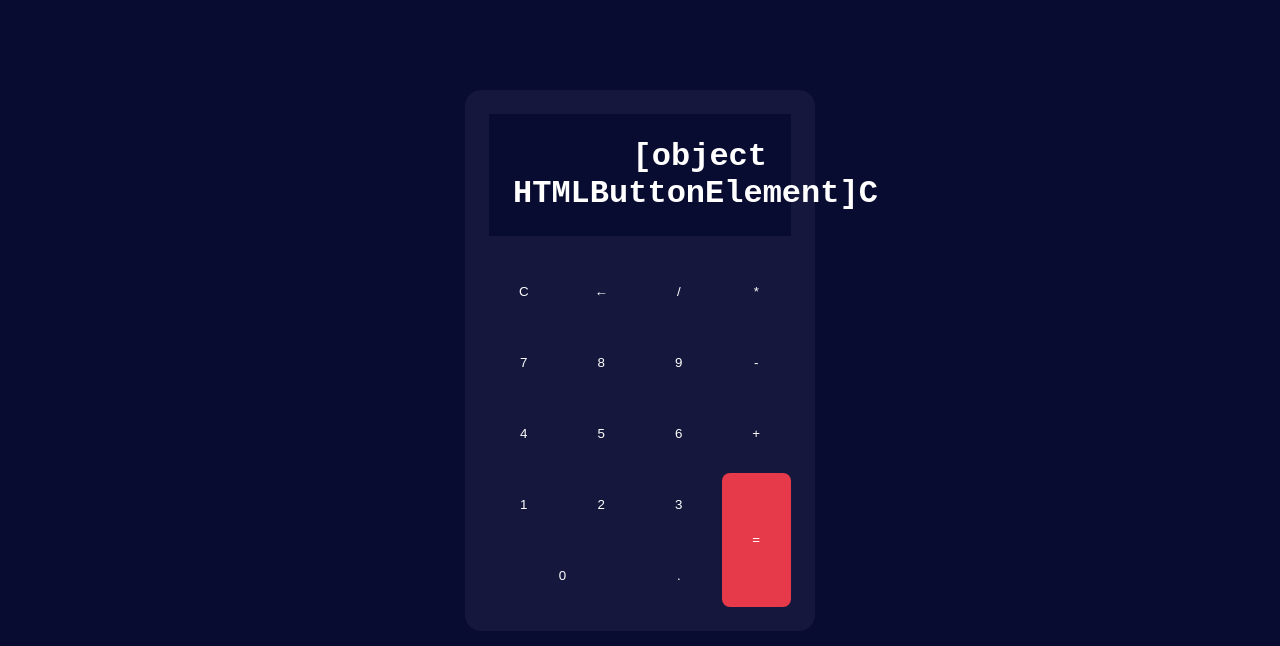
Repository: Herinyhert/Calculator
Page: index.html
An editor plug-in stored every save of this project. The page is shown before and after the next save, followed by the edit.
The browser window is 1280 px wide. The pictures show the whole page.
After loading, the first visible `#c` was clicked once.

Above is the page before, as saved 2023-05-21 21:20:43.

After the next save:
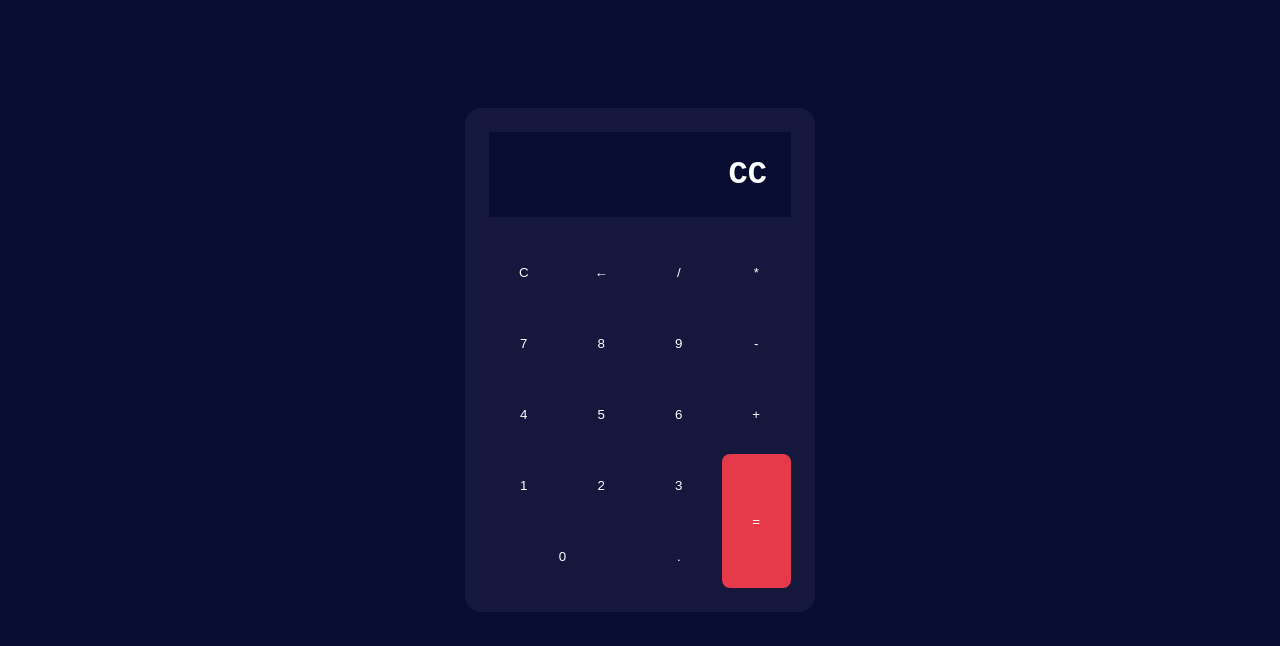
Saved 5 s later.
--- a/JS/main.js
+++ b/JS/main.js
@@ -5,7 +5,7 @@ buttons.forEach(button =>{
     button.addEventListener("click", () =>{
         const buttonPressed = button.textContent;
         if(result.textContent === "0"){
-            result.textContent = button
+            result.textContent = buttonPressed
         }
         result.textContent += buttonPressed;
     })
